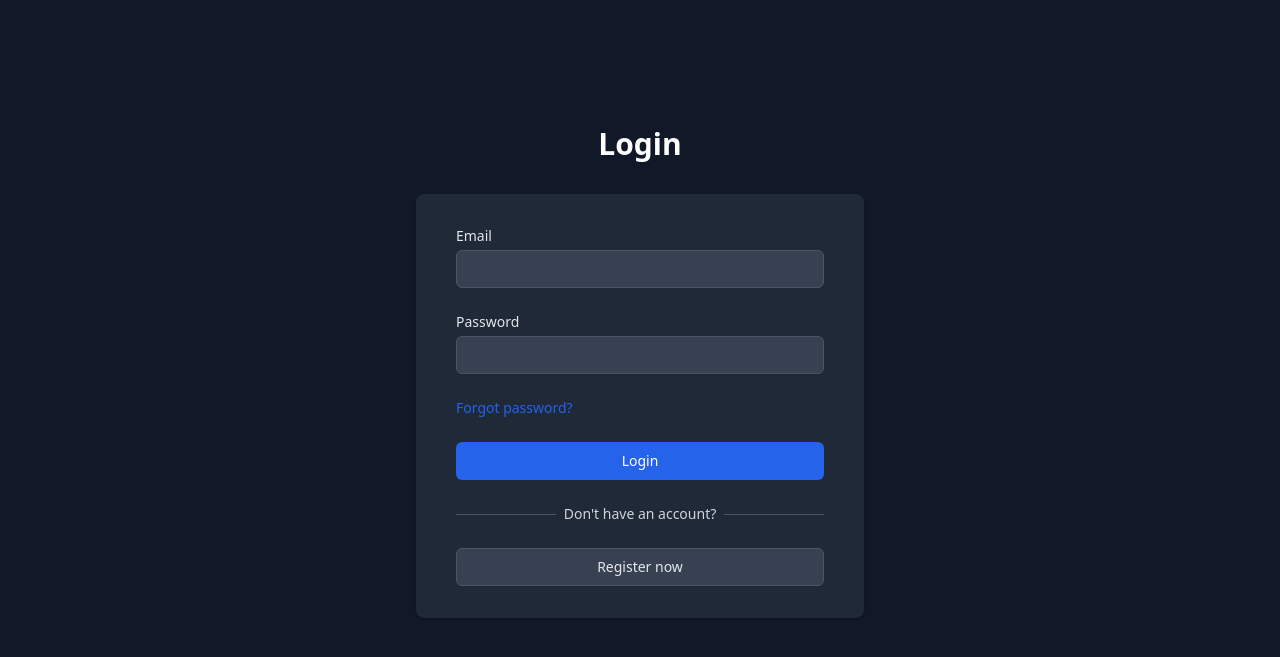
Repository: sotowang/app-landing-page
Page: /login
An editor plug-in stored every save of this project. The page is shown before and after the next save, followed by the edit.
The browser window is 1280 px wide. The pictures show the whole page.
The page's requests for data from a server got no answer. The project was rebuilt for these pictures with package versions that can differ from the ones it lists, and the page was loaded fresh each time. The framework's server and built-in components were replaced by stand-ins that run in the browser. No one was signed in, and anything a server would have sent is missing. Also part of the build but not shown: next.config.js.

Above is the page before, as saved 2025-05-23 22:21:42.

After the next save:
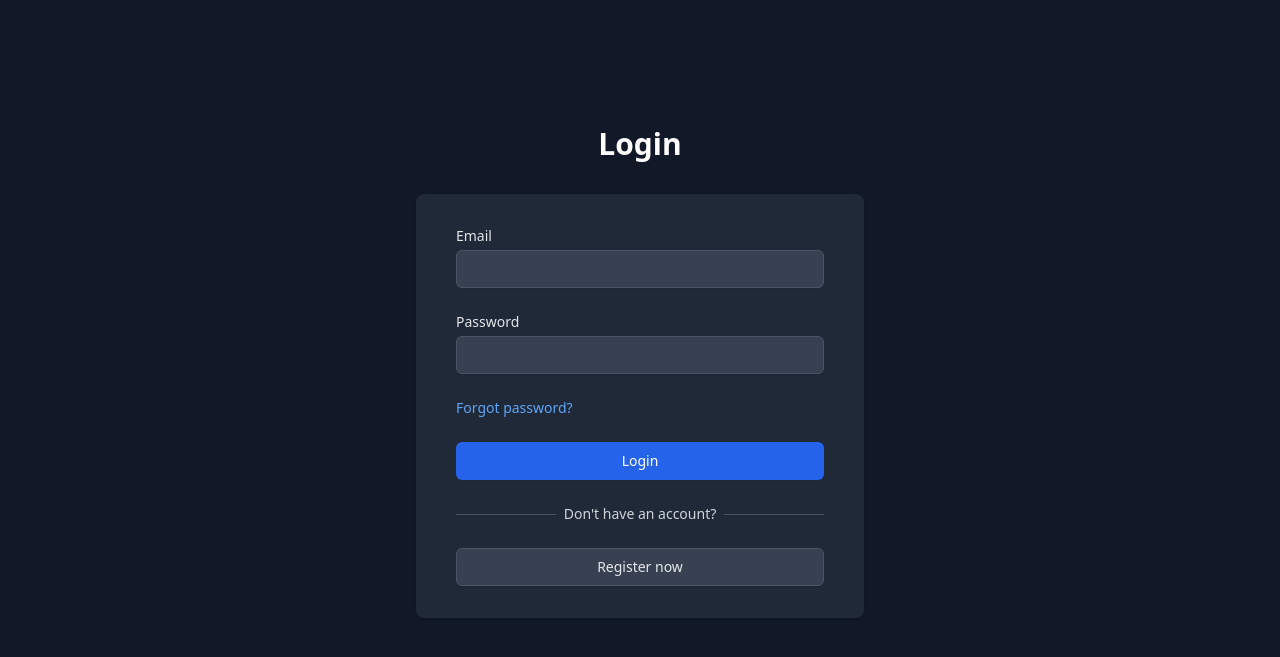
Saved 24 s later.
--- a/app/login/page.tsx
+++ b/app/login/page.tsx
@@ -264,7 +264,7 @@ export default function LoginPage() {
             </div>
 
             <div className="flex items-center justify-between">
-              <Link href="/reset-password" className="text-sm font-medium text-blue-600 hover:text-blue-500">
+              <Link href="/reset-password" className="text-sm font-medium text-blue-400 hover:text-blue-300">
                 {t.forgotPassword}
               </Link>
             </div>
